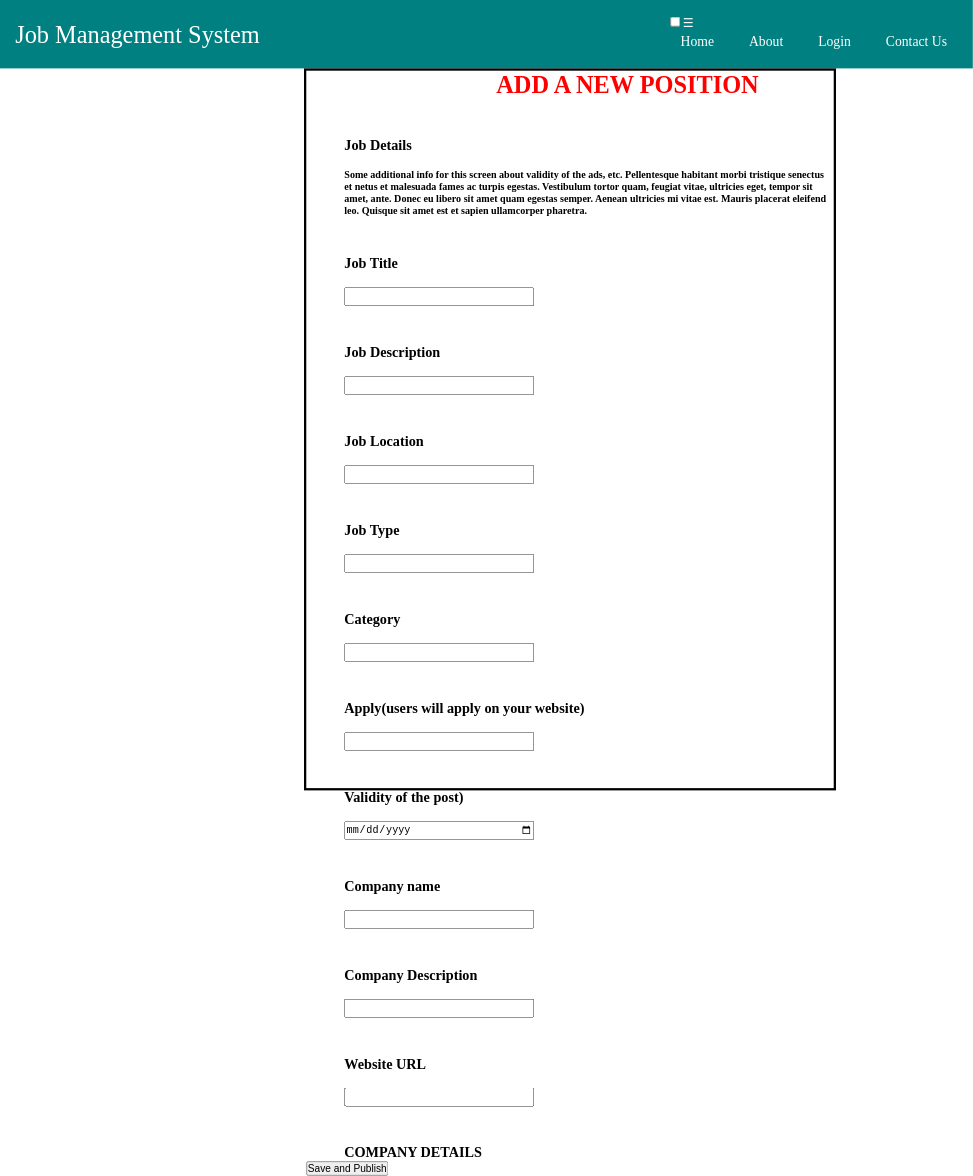
Repository: PrinceKumawat1109/JFSD
Page: http://localhost/Job-management/newposition.jsp
The author's editor kept a copy of each file at every save. The page is drawn from the files as they stood at one save, then again after the next save.
The browser window is 1280 px wide. The pictures show the whole page, at 76% of full size.
The page is served by Tomcat 9. Other server files are loaded and not shown.

Above is the page before, as saved 2022-10-29 21:39:11.

### Job-management/src/main/webapp/newposition.jsp
<%@ page language="java" contentType="text/html; charset=UTF-8"
    pageEncoding="UTF-8"%>
<!DOCTYPE html>
<html>
<head>
<meta charset="UTF-8">
<title>New Position</title>
<jsp:include page="navbar2.jsp" />
<style>
.card{
height: 950px;
width: 700px;
border-style: solid;
margin-left: 400px;
}

</style>
</head>
<body>
<div class="card">
<h1 style=" color: red; margin-left: 250px;">ADD A NEW POSITION</h1>
	<h3 style="margin-left: 50px; margin-top: 50px;">Job Details</h3>
	<h5 style="margin-left: 50px; margin-top: 20px;">Some additional info for this screen about validity of the ads, etc. Pellentesque habitant morbi tristique senectus et netus et malesuada fames ac turpis egestas. Vestibulum tortor quam, feugiat vitae, ultricies eget, tempor sit amet, ante. Donec eu libero sit amet quam egestas semper. Aenean ultricies mi vitae est. Mauris placerat eleifend leo. Quisque sit amet est et sapien ullamcorper pharetra.</h5>
	<h3 style="margin-left: 50px; margin-top: 50px;">Job Title</h3>
	<input style="margin-left: 50px; margin-top: 20px; height: 25px; width: 250px;" type="text" id="t1"/>


	<h3 style="margin-left: 50px; margin-top: 50px;">Job Description</h3>
	<input style="margin-left: 50px; margin-top: 20px; height: 25px; width: 250px;" type="text" id="t2"/>


	<h3 style="margin-left: 50px; margin-top: 50px;">Job Location</h3>
	<input style="margin-left: 50px; margin-top: 20px; height: 25px; width: 250px;" type="text" id="t3"/>
	<h3 style="margin-left: 50px; margin-top: 50px;">Job Type</h3>
	<input style="margin-left: 50px; margin-top: 20px; height: 25px; width: 250px;" type="text" id="t4"/>
	<h3 style="margin-left: 50px; margin-top: 50px;">Category</h3>
	<input style="margin-left: 50px; margin-top: 20px; height: 25px; width: 250px;" type="text" id="t5"/>
	<h3 style="margin-left: 50px; margin-top: 50px;">Apply(users will apply on your website)</h3>
	<input style="margin-left: 50px; margin-top: 20px; height: 25px; width: 250px;" type="text" id="t6"/>
	<h3 style="margin-left: 50px; margin-top: 50px;">Validity of the post)</h3>
	<input style="margin-left: 50px; margin-top: 20px; height: 25px; width: 250px;" type="date" id="t7"/>
	<h3 style="margin-left: 50px; margin-top: 50px;">Company name</h3>
	<input style="margin-left: 50px; margin-top: 20px; height: 25px; width: 250px;" type="text" id="t8"/>
	<h3 style="margin-left: 50px; margin-top: 50px;">Company Description</h3>
	<input style="margin-left: 50px; margin-top: 20px; height: 25px; width: 250px;" type="text" id="t9"/>
	<h3 style="margin-left: 50px; margin-top: 50px;">Website URL</h3>
	<input style="margin-left: 50px; margin-top: 20px; height: 25px; width: 250px;" type="text" id="t10"/>
	<h3 style="margin-left: 50px; margin-top: 50px;">COMPANY DETAILS</h3>
	<button onclick="save1()">Save and Publish</button>
	</div>
	<!--<h2>ADD A NEW POSTION</h2>
	<h4>Job Details</h4>
	<p>Some additional info for this screen about validity of the ads, etc. Pellentesque habitant morbi tristique senectus et netus et malesuada fames ac turpis egestas. Vestibulum tortor quam, feugiat vitae, ultricies eget, tempor sit amet, ante. Donec eu libero sit amet quam egestas semper. Aenean ultricies mi vitae est. Mauris placerat eleifend leo. Quisque sit amet est et sapien ullamcorper pharetra.</p>
	<h5>Job Title</h5>
	<input type="text" id="t1"/>
	<h5>Job Description</h5>
	<input type="text" id="t2"/>
	<h5>Job Location</h5>
	<input type="text" id="t3"/>
	<h5>Job Type</h5>
	<input type="text" id="t4"/>
	<h5>Category</h5>
	<input type="text" id="t5"/>
	<h5>Apply(users will apply on your website)</h5>
	<input type="text" id="t6"/>
	<h5>Validity of the post</h5>
	<input type="date" id="t7"/>
	<h5>COMPANY DETAILS</h5>
	<h6>Company name</h6>
	<input type="text" id="t8"/>
	<h6>Company Description</h6>
	<input type="text" id="t9"/>
	<h6>Website</h6>
	<input type="text" id="t10"/>
	<input type="checkbox" id="t11">
	<p> I agree with the Terms and conditions.</p>-->
	<script type="text/javascript">
function save1()
{
	var xhtml = new XMLHttpRequest();
	var url = "http://localhost:8080/api/new/register/";
	xhtml.open("POST", url, true);
	xhtml.setRequestHeader('Content-Type','application/json');

	var t1 = document.getElementById("t1");
	var t2 = document.getElementById("t2");
	var t3 = document.getElementById("t3");
	var t4 = document.getElementById("t4");
	var t5 = document.getElementById("t5");
	var t6 = document.getElementById("t6");
	var t7 = document.getElementById("t7");
	var t8 = document.getElementById("t8");
	var t9 = document.getElementById("t9");
	var t10 = document.getElementById("t10");

	xhtml.send(JSON.stringify({
		jobtitle : t1.value,
		jobdes : t2.value,
		loc : t3.value,
		type : t4.value,
		category : t5.value,
		url : t6.value,
		date : t7.value,
		comname : t8.value,
		comdes : t9.value,
		website : t10.value
	}));

	xhtml.onreadystatechange = function()
	{
		if(this.readyState == 4 && this.status == 200)
			lbl.innerText = this.responseText;
			window.location="http://localhost:8080/dashboard.jsp";
	};
}
</script>
</body>
</html>

### Job-management/src/main/webapp/navbar2.jsp
<!DOCTYPE html>
<html lang="en">
 <head>
   <meta charset="UTF-8" />
   <meta http-equiv="X-UA-Compatible" content="IE=edge" />
   <meta name="viewport" content="width=device-width, initial-scale=1.0" />
   <style>

    /* UTILITIES */
* {
 margin: 0;
 padding: 0;
 box-sizing: border-box;
}
body {
 font-family: cursive;
}
a {
 text-decoration: none;
}
li {
 list-style: none;
}

/* NAVBAR STYLING STARTS */
.navbar {
 display: flex;
 align-items: center;
 justify-content: space-between;
 padding: 20px;
 background-color: teal;
 color: #fff;
}
.nav-links a {
 color: #fff;
}
/* LOGO */
.logo {
 font-size: 32px;
}
/* NAVBAR MENU */
.menu {
 display: flex;
 gap: 1em;
 font-size: 18px;
}
.menu li:hover {
 background-color: #4c9e9e;
 border-radius: 5px;
 transition: 0.3s ease;
}
.menu li {
 padding: 5px 14px;
}
/* DROPDOWN MENU */
.services {
 position: relative;
}
.dropdown {
 background-color: rgb(1, 139, 139);
 padding: 1em 0;
 position: absolute; /*WITH RESPECT TO PARENT*/
 display: none;
 border-radius: 8px;
 top: 35px;
}
.dropdown li + li {
 margin-top: 10px;
}
.dropdown li {
 padding: 0.5em 1em;
 width: 8em;
 text-align: center;
}
.dropdown li:hover {
 background-color: #4c9e9e;
}
.services:hover .dropdown {
 display: block;
}
   </style>
   <title>Document</title>
 </head>
 <body>
   <nav class="navbar">
     <!-- LOGO -->
     <div class="logo">Job Management System</div>
     <!-- NAVIGATION MENU -->
     <ul class="nav-links">
       <!-- USING CHECKBOX HACK -->
       <input type="checkbox" id="checkbox_toggle" />
       <label for="checkbox_toggle" class="hamburger">&#9776;</label>
       <!-- NAVIGATION MENUS -->
       <div class="menu">
         <li><a href="/">Home</a></li>
         <li><a href="/">About</a></li>
         <li class="services">
           <a href="/">Login</a>
           <!-- DROPDOWN MENU -->
           <ul class="dropdown">
             <li><a href="dashboard.jsp">DASHBOARD </a></li>
             <li><a href="applicants.jsp">APPLICANTS</a></li>
             <li><a href="newposition.jsp">POST A NEW JOB</a></li>
             <li><a href="https://rzp.io/i/k9xa2LhReQ">PAYMENT</a></li>
             <li><a href="index.jsp">LOGOUT</a></li>
           </ul>
         </li>
         <li><a href="/">Contact Us</a></li>
       </div>
     </ul>
   </nav>
 </body>
</html>

After the next save:
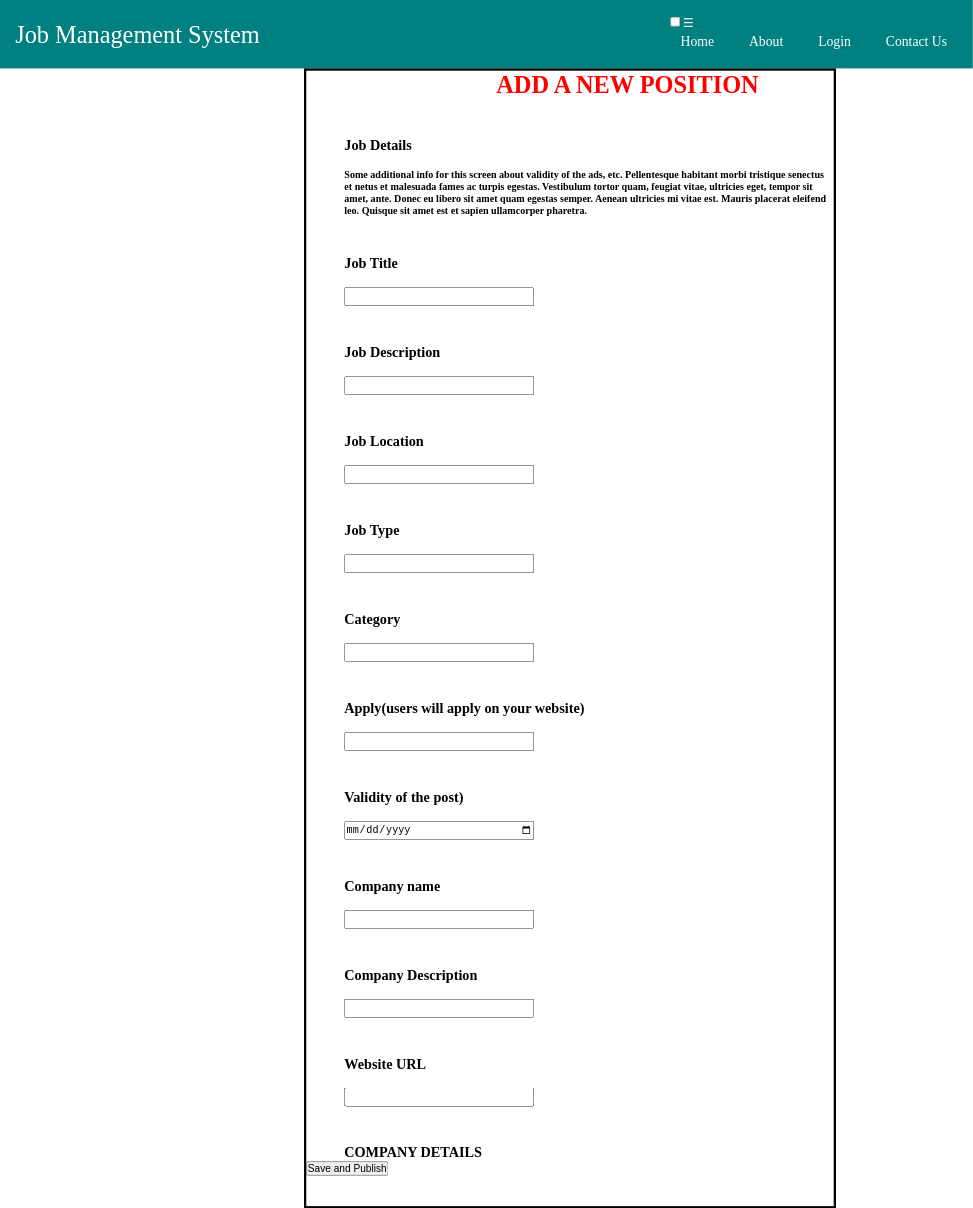
Saved 27 s later.
--- a/Job-management/src/main/webapp/newposition.jsp
+++ b/Job-management/src/main/webapp/newposition.jsp
@@ -8,7 +8,7 @@
 <jsp:include page="navbar2.jsp" />
 <style>
 .card{
-height: 950px;
+height: 1500px;
 width: 700px;
 border-style: solid;
 margin-left: 400px;
